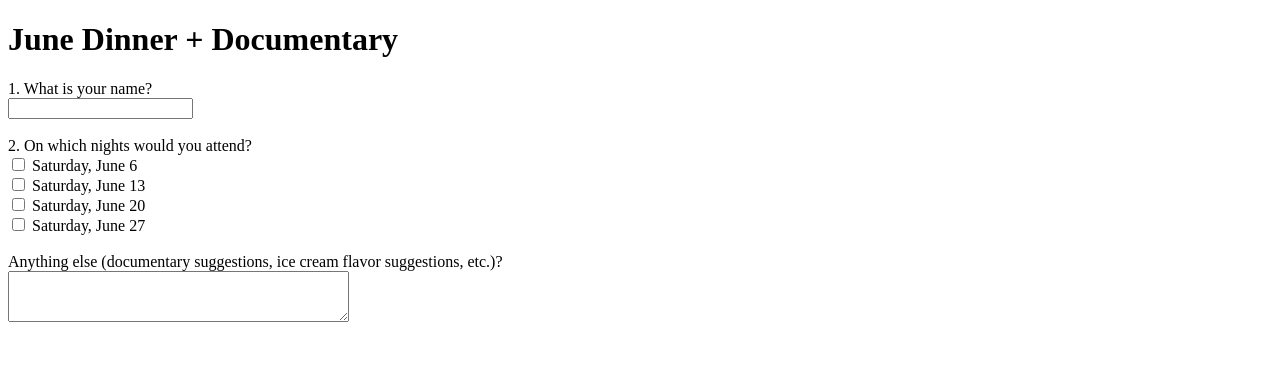
Repository: bhuhmann/event-survey
Page: survey.html
These files come from the project's save history. The page is drawn as it stood at one moment and after the next save; the edit follows.
The browser window is 1280 px wide. The pictures show the whole page.

Above is the page before, as saved 2020-03-31 19:14:50.

After the next save:
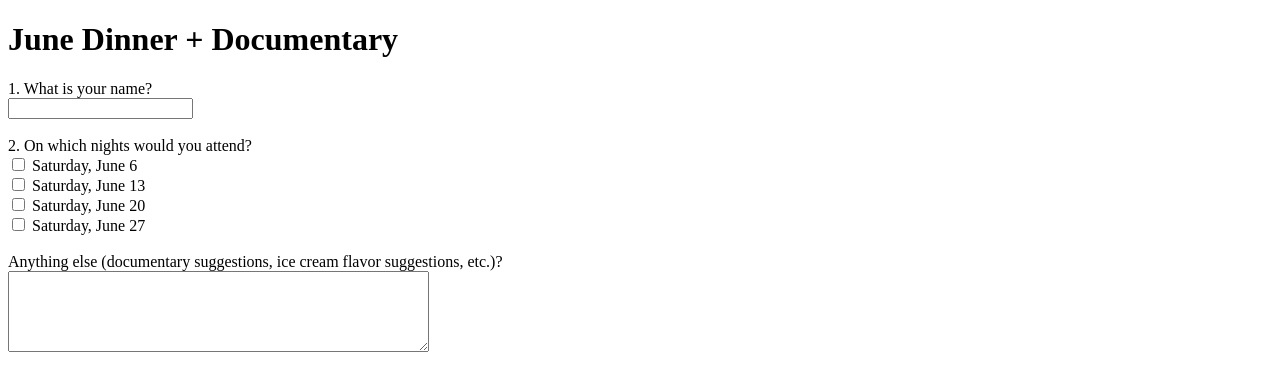
Saved 20 s later.
--- a/survey.html
+++ b/survey.html
@@ -37,7 +37,7 @@
             <br>
             <label for="anything">Anything else (documentary suggestions, ice cream flavor suggestions, etc.)?</label>
             <br>
-            <textarea for="anything" type="textarea" name="free-response" rows=3 cols=40></textarea>
+            <textarea for="anything" type="textarea" name="free-response" rows=5 cols=50></textarea>
             <!--Submission button-->
         </form>
     </body>
